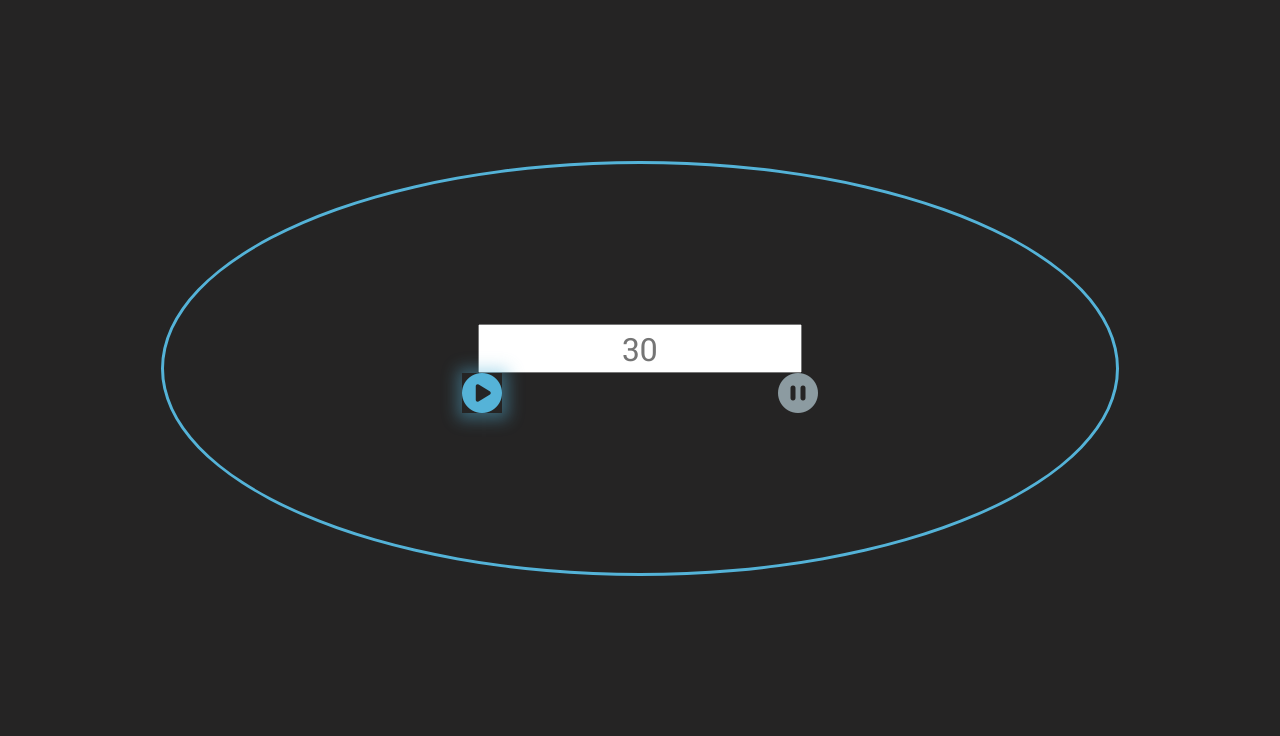
Repository: Sbethm/javascript-challenges
Page: index.html
An editor plug-in stored every save of this project. The page is shown before and after the next save, followed by the edit.
The browser window is 1280 px wide. The pictures show the whole page.
Some web libraries are served in a nearby version. The style sheet was rebuilt from its Sass, Less or Tailwind sources for each picture, by a compiler version that may differ from the author's.

Above is the page before, as saved 2021-09-17 09:51:33.

### index.html
<!DOCTYPE html>
<html lang="en">
<head>
    <meta charset="UTF-8">
    <meta http-equiv="X-UA-Compatible" content="IE=edge">
    <meta name="viewport" content="width=device-width, initial-scale=1.0">
    <link rel="stylesheet" href="./CSS/main.css">
    <link rel="preconnect" href="https://fonts.googleapis.com">
    <link rel="preconnect" href="https://fonts.gstatic.com" crossorigin>
    <link href="https://fonts.googleapis.com/css2?family=Roboto+Slab&display=swap" rel="stylesheet">
    <script src="https://kit.fontawesome.com/4348baf125.js" crossorigin="anonymous"></script>
    <title>SarahMoosa: JavaScript Challenges</title>
</head>
<body>
    <header></header>
    <main>
        <div class="container">
            <input type="text" placeholder="30">
            <i class="fas fa-play-circle active"></i>
            <i class="fas fa-pause-circle inactive"></i>
        </div>
    </main>
</body>
</html>

### SCSS/main.scss
@import "./variables";

body {
    background-color: rgb(37, 36, 36);
}

main{
    height: 100vh;
    display: flex;
    align-items: center;
    justify-content: center;
}

.container {
    display: grid;
    grid-template-columns: 50% 50%;
    grid-row: 25% 75%;
    width: 50%;
    padding: 5em;
    margin: 0 auto;
    font-family: 'Roboto Slab', serif;
    font-size: 2rem;
    background-color: rgb(37, 36, 36);
    border: solid 3px rgb(84, 179, 216);
    border-radius: 100%;
}

input {
    width: 50%;
    grid-area: 1 / 1 / 2 / 3;
    margin: 0 auto;
    text-align: center;
    font-family: inherit;
    font-size: 100%;
}

i {
    margin: 0 auto;
    font-size: clamp(1rem, 75vw, 2.5rem);
}

.fa-play-circle {
    grid-area: 2 / 1 / 3 / 2;
}

.fa-pause-circle {
    grid-area: 2 / 2 / 3 / 3;
}

.active {
    color: $activeColor;
    box-shadow: 1px 1px 15px 5px rgba(85,179,216,0.46);
}
// rgb(85, 179, 216)
.inactive {
    color: $inactiveColor;
    box-shadow: none;
}

### SCSS/_variables.scss
//COLORS
$activeColor: hsl(197, 63%, 59%);
$inactiveColor: hsl(197, 10%, 59%);

After the next save:
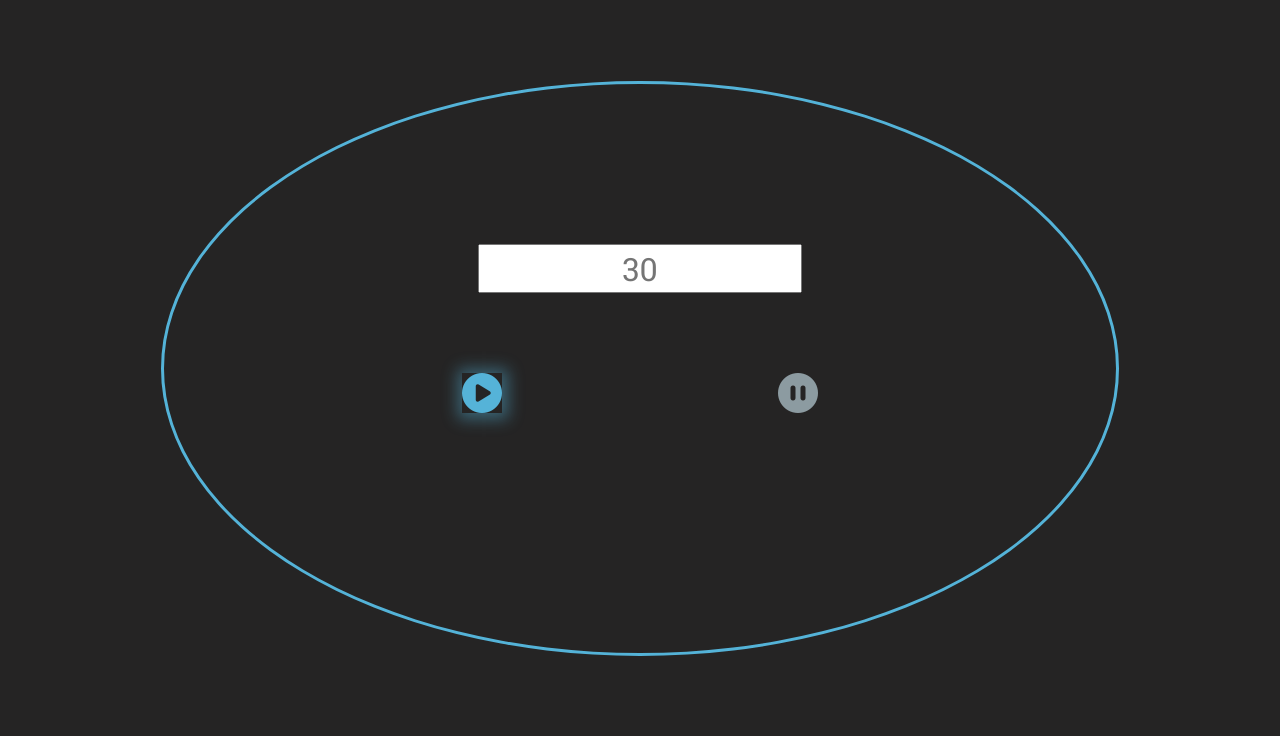
Saved 27 s later.
--- a/SCSS/main.scss
+++ b/SCSS/main.scss
@@ -35,7 +35,7 @@ input {
 }
 
 i {
-    margin: 0 auto;
+    margin: 2em auto;
     font-size: clamp(1rem, 75vw, 2.5rem);
 }
 
